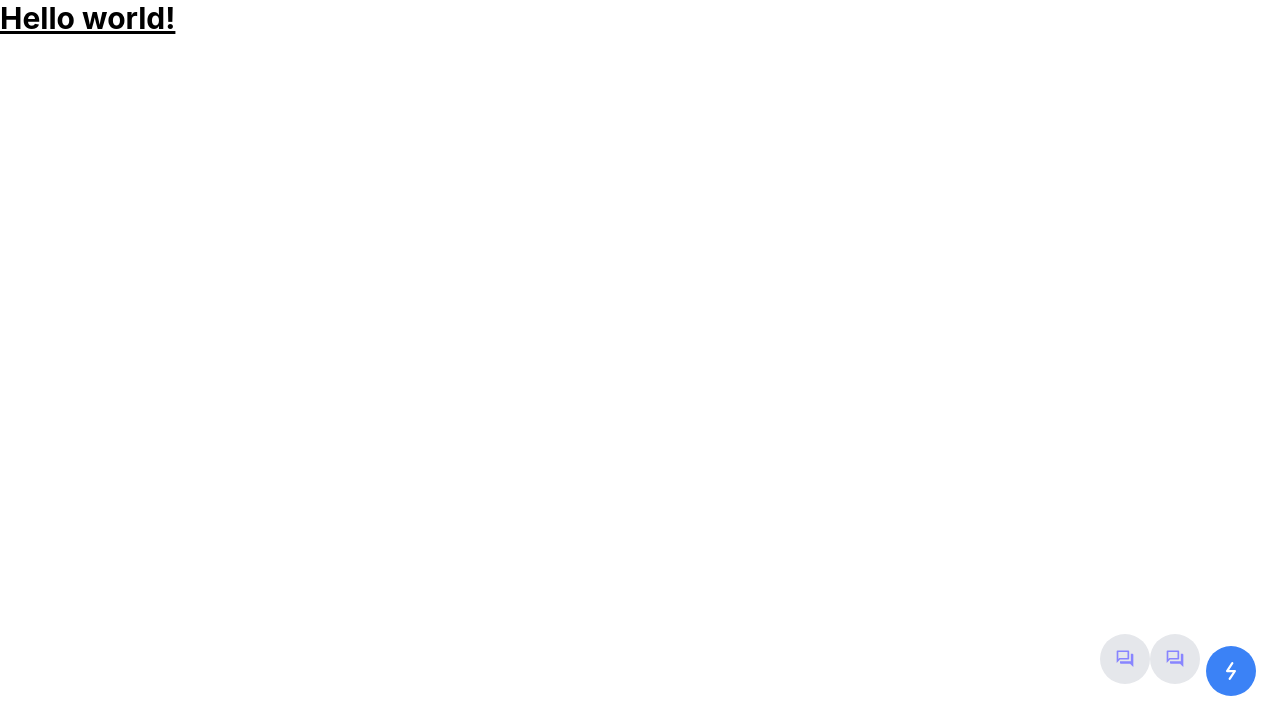
Repository: farrelmuhammad/quick-chat-task
Page: /, after clicking the first element matching `button.bg-blue-500`
An editor plug-in stored every save of this project. The page is shown before and after the next save, followed by the edit.
The browser window is 1280 px wide. The pictures show the whole page.
The project was rebuilt for these pictures with package versions that can differ from the ones it lists, and the page was loaded fresh each time. Also part of the build but not shown: src/App.css.

Above is the page before, as saved 2023-09-18 10:42:50.

After the next save:
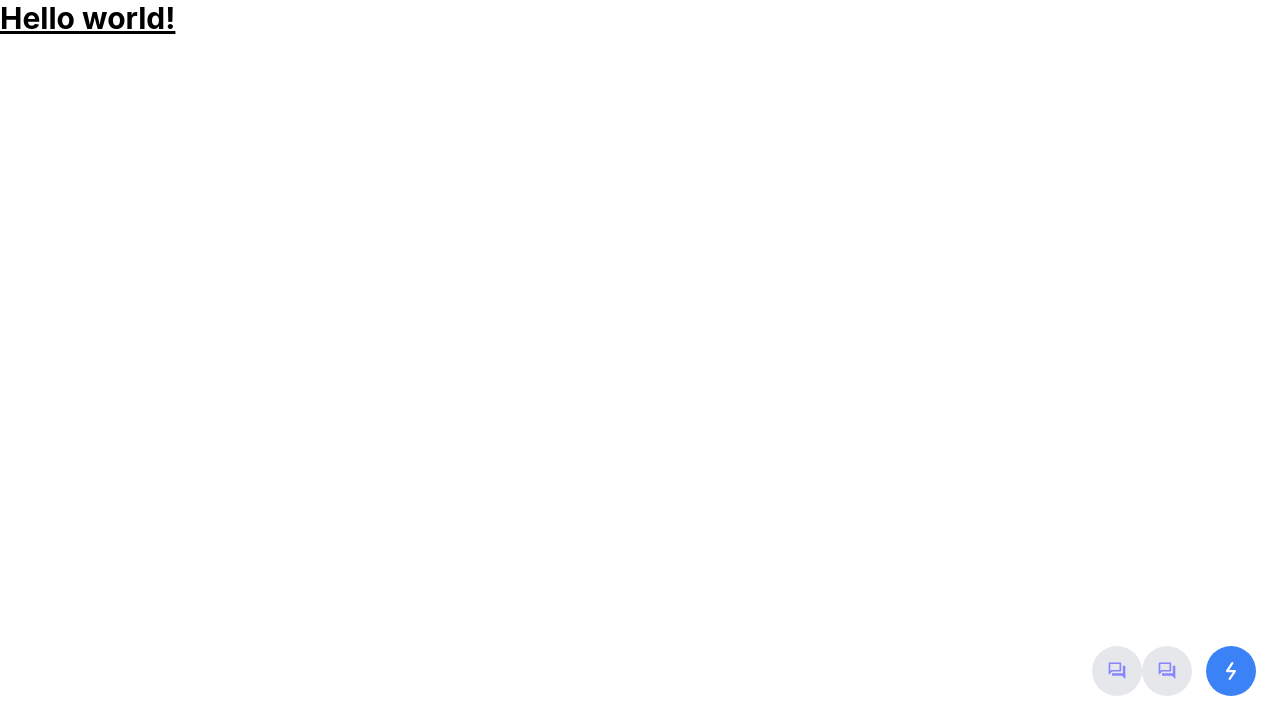
Saved 12 s later.
--- a/src/App.js
+++ b/src/App.js
@@ -21,7 +21,7 @@ function App() {
 
 
       {showAdditionalButtons && (
-        <div className="fixed bottom-6 right-20 flex justify-between my-3">
+        <div className="fixed bottom-6 right-20 flex justify-between mx-2">
           <button className="bg-gray-200 text-white cursor-pointer transition hover:bg-blue-700 p-4 rounded-full">
             <svg width="18" height="18" viewBox="0 0 24 23" fill="none" xmlns="http://www.w3.org/2000/svg">
               <path fill-rule="evenodd" clip-rule="evenodd" d="M16.4443 0.110657H1.9999C1.38879 0.110657 0.888794 0.610657 0.888794 1.22177V16.7773L5.33324 12.3329H16.4443C17.0555 12.3329 17.5555 11.8329 17.5555 11.2218V1.22177C17.5555 0.610657 17.0555 0.110657 16.4443 0.110657ZM15.3332 2.3328V10.1106H4.41103L3.75547 10.7661L3.11103 11.4106V2.3328H15.3332ZM19.7777 4.55512H21.9999C22.611 4.55512 23.111 5.05512 23.111 5.66623V22.3329L18.6666 17.8885H6.44435C5.83324 17.8885 5.33324 17.3885 5.33324 16.7773V14.5551H19.7777V4.55512Z" fill="#8885FF" />
